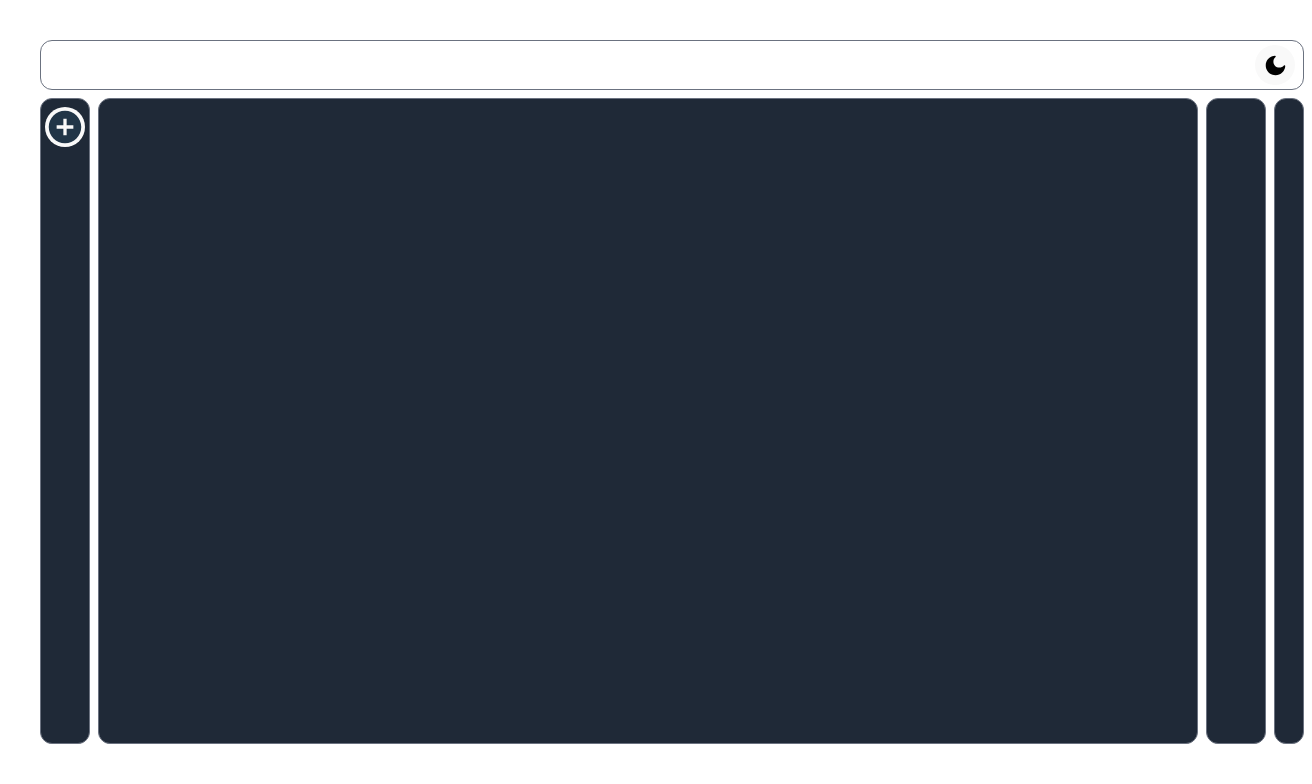
Repository: Wuiserous/Todo-App
Page: /
The author's editor kept a copy of each file at every save. The page is drawn from the files as they stood at one save, then again after the next save.
The browser window is 1280 px wide. The page is 1312 px wide, so the pictures cover 1312 px, including what lies to the right of the window. The pictures show the whole page.
The project was rebuilt for these pictures with package versions that can differ from the ones it lists, and the page was loaded fresh each time. Also part of the build but not shown: vite.config.js, src/components/Modal.jsx.

Above is the page before, as saved 2024-11-10 12:32:43.

After the next save:
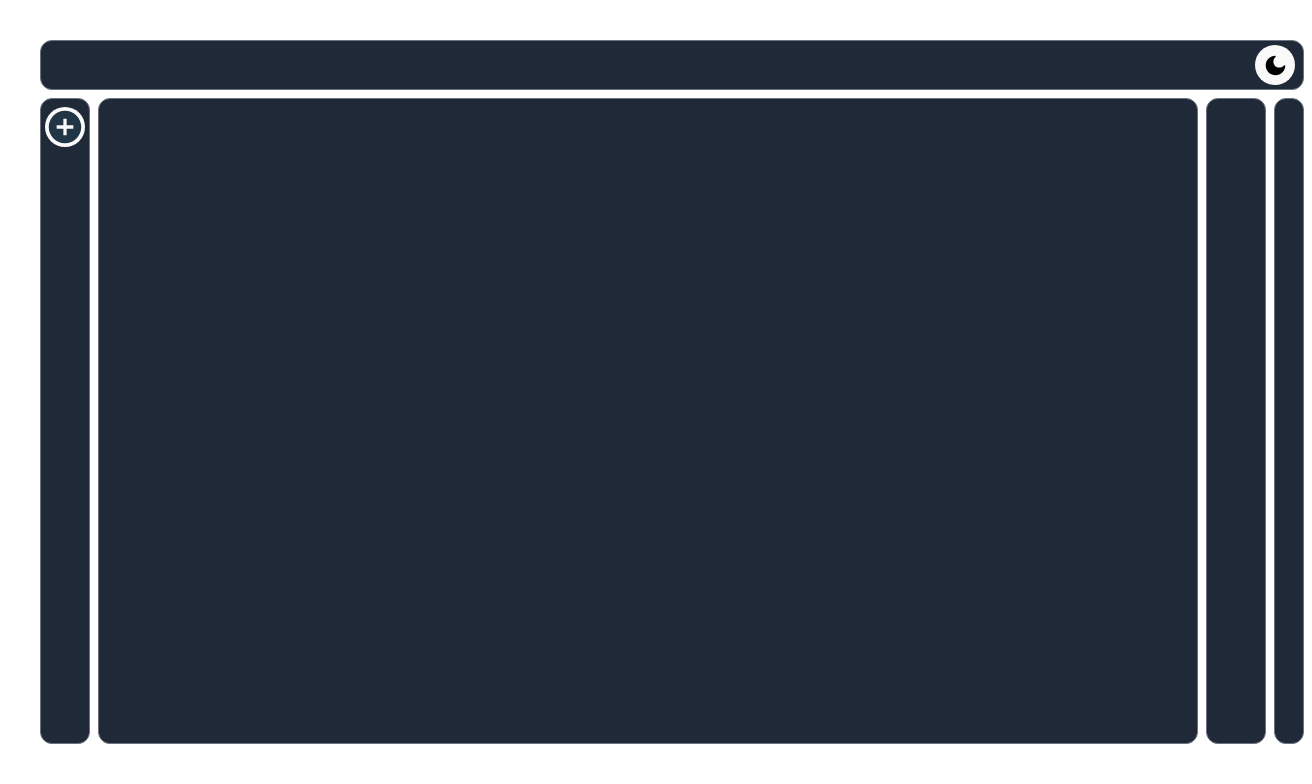
Saved 5 s later.
--- a/src/App.jsx
+++ b/src/App.jsx
@@ -17,7 +17,7 @@ function App() {
   return (
     <div className='w-[100vw] overflow-hidden p-2 gap-2 h-[100vh] grid grid-cols-[50px_1100px_60px_1fr] grid-rows-[50px_1fr_1fr_1fr]'>
       <ToolBar bgColor={darkMode?'bg-gray-100' : 'bg-gray-800'} Button={<button className="w-10 h-10 rounded-full flex items-center justify-center" onClick={() => setShowModal(true)}><IoMdAddCircle size={40} /></button>} />
-      <NavBar Button={<button className="w-10 h-10 focus:outline-non1 rounded-full flex items-center justify-center" onClick={() => setDarkMode(!darkMode)}>{darkMode ? <MdWbSunny size={25} /> : <AiFillMoon className='text-black' size={25} />}</button>} bgColor={darkMode?'bg-gray-100' : 'bg-gray->800' }/>
+      <NavBar Button={<button className="w-10 h-10 focus:outline-non1 rounded-full flex items-center justify-center" onClick={() => setDarkMode(!darkMode)}>{darkMode ? <MdWbSunny size={25} /> : <AiFillMoon className='text-black' size={25} />}</button>} bgColor={darkMode?'bg-gray-100' : 'bg-gray-800' }/>
       <TaskSpace bgColor={darkMode?'bg-gray-100' : 'bg-gray-800' } />
       <ProgressSpace bgColor={darkMode?'bg-gray-100' : 'bg-gray-800' } />
       <MotivationSpace bgColor={darkMode?'bg-gray-100' : 'bg-gray-800' } />
